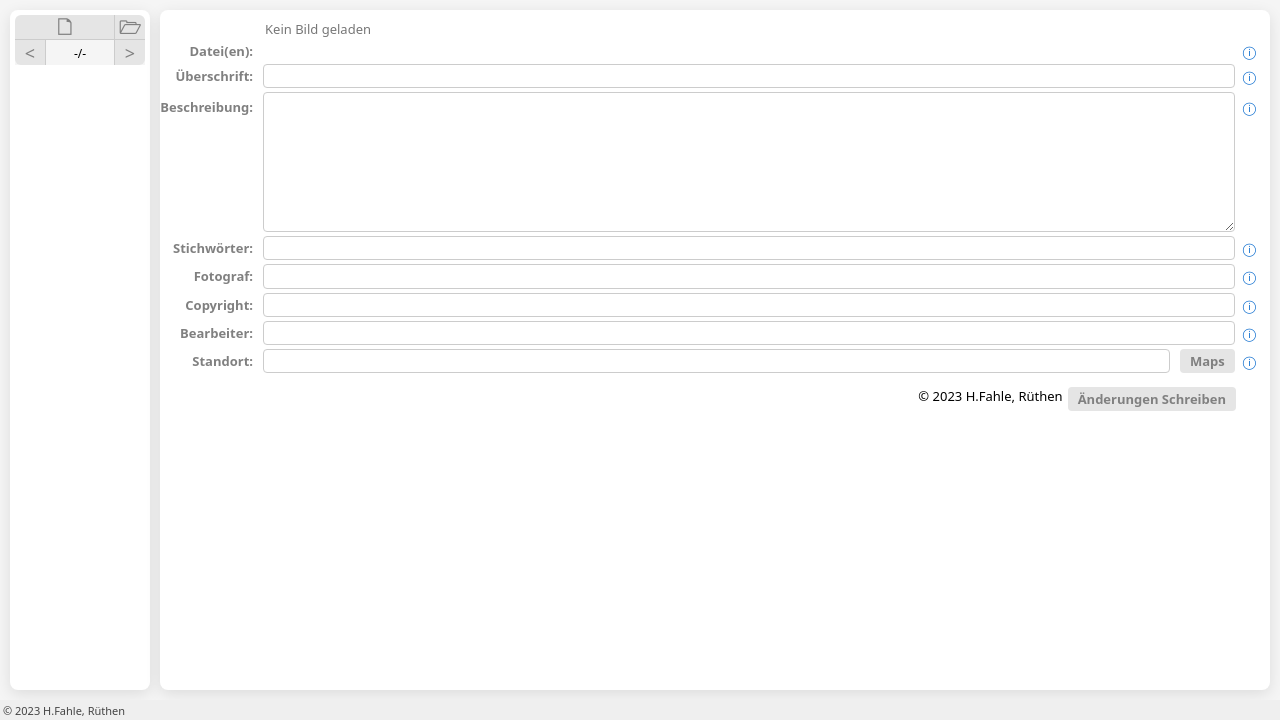
Repository: h-fahle/metadata
Page: ui/index.html
An editor plug-in stored every save of this project. The page is shown before and after the next save, followed by the edit.
The browser window is 1280 px wide. The pictures show the whole page.

Above is the page before, as saved 2026-08-28 17:12:56.
Console error: TypeError: Cannot read properties of undefined (reading 'core')

### ui/index.html
<!DOCTYPE html>
<html lang="de">

<head>
	<meta charset="UTF-8">
	<title>Metadaten Editor</title>
	<script src="script.js" defer></script>
	<link rel="stylesheet" href="style.css">
</head>

<body>

	<main id="main-container">

		<!-- Das Vorschaubild links -->
		<aside id="sidebar">

			<div class="split-button-container">
				<div class="main-row">
					<button class="img-select-btn open-files"  data-ordner="false" data-mehrfach="true">
						&#x1F5CB;<div class="tooltip-box">Bilddatei(en) öffnen</div>
					</button>
					<button class="img-select-btn open-folder" data-ordner="true" data-mehrfach="false">
						&#x1F5C1;<div class="tooltip-box">Ordner öffnen</div>
					</button>
				</div>
				<div class="pager-row">
					<button class="pager-btn prev-btn" data-schritt="-1">&lt;</button>
					<div id="img-nummer" class="pager-display">-/-</div>
					<button class="pager-btn next-btn" data-schritt="1"">&gt;</button>
				</div>
			</div>

			<img id="vorschau-bild" src="" style="display:none;" />
			<div id="bild-info" style="text-align:center;">
				<span id="img-datum"></span><br>
				<span id="img-groesse"></span>
			</div>
		</aside>

		<!-- Das Formular rechts -->
		<section id="form-container">

			<div id="ordner-pfad">Kein Bild geladen</div>

			<div class="form-row">
				<label for="filename">Datei(en):</label>
				<div id="dynamischerBereich" style="width: 100%;">
					<!-- Input- / oder Select-Element -->
				</div>
				<div class="tooltip-container">
					<span class="info-icon">ⓘ</span>
					<div class="tooltip-box">Im Einzelmodus: Änderung des Dateinamens bewirkt Umbenennung der Datei.
						Im Stapelmodus: Dateinamen sind nicht änderbar.!
					</div>
				</div>
			</div>

			<div class="form-row">
				<label for="caption">Überschrift:</label>
				<input type="text" id="caption" name="caption" />
				<div class="tooltip-container">
					<span class="info-icon">ⓘ</span>
					<div class="tooltip-box">Auch: (Dokument-)Titel, Schlagzeile, Headline
					</div>
				</div>
			</div>

			<div class="form-row form-row-top">
				<label for="description">Beschreibung:</label>
				<textarea id="description" name="description"></textarea>
				<div class="tooltip-container">
					<span class="info-icon">ⓘ</span>
					<div class="tooltip-box">Beschreibender Text in beliebiger Länge.
						(Im Stapelmodus wird der eingegebene Text
						&nbsp;&nbsp; an vorhandenen angehängt.)
						Hinweis: Einige Programme zeigen nur 2.000 Zeichen
						&nbsp;&nbsp; oder auch weniger an.
					</div>
				</div>
			</div>

			<div class="form-row">
				<label for="keywords">Stichwörter:</label>
				<input type="text" id="keywords" name="keywords" />
				<div class="tooltip-container">
					<span class="info-icon">ⓘ</span>
					<div class="tooltip-box">Komma-separierte Liste. Groß-/Kleinschreibung beachten.
						Im Stapelmodus werden die eingegebenen Stichwörter
						&nbsp;&nbsp; an vorhandene angehängt.
					</div>
				</div>
			</div>

			<div class="form-row">
				<label for="creator">Fotograf:</label>
				<input type="text" id="creator" name="creator" />
				<div class="tooltip-container">
					<span class="info-icon">ⓘ</span>
					<div class="tooltip-box">Urheber, Ersteller, Autor
						(Tags: Artitst, Creator, By-line)
					</div>
				</div>
			</div>

			<div class="form-row">
				<label for="copyright">Copyright:</label>
				<input type="text" id="copyright" name="copyright" />
				<div class="tooltip-container">
					<span class="info-icon">ⓘ</span>
					<div class="tooltip-box">Urheberrechtshinweis; enthält in der Regel:
						Name des Fotografen, Aufnahmejahr und Nutzungsrechte;
						(z.B. 'Copyright [1975] [Mustermann], Alle Rechte vorbehalten')
					</div>
				</div>
			</div>

			<div class="form-row">
				<label for="editor">Bearbeiter:</label>
				<input type="text" id="editor" name="editor" />
				<div class="tooltip-container">
					<span class="info-icon">ⓘ</span>
					<div class="tooltip-box">Verfasser der Metadaten
						(Tags: Caption Writer, Writer Editor)
					</div>
				</div>
			</div>

			<div class="form-row">
				<label for="position">Standort:</label>
				<input type="text" id="position" name="position" />
				<button type="button" class="maps-trigger-btn">Maps</button>
				<div class="tooltip-container">
					<span class="info-icon">ⓘ</span>
					<div class="tooltip-box">GPS-Koordinaten in Dezimalgrad (z.B.: 51.49129, 8.43317).
						Ermitteln der Koordinaten in der Google Maps-Karte:
						&nbsp; 1. mit rechter Maustaste auf den Standort klicken,
						&nbsp; 2. auf die angezeigten Koordinaten klicken,
						&nbsp; 3. der so gespeicherte Wert kann mit Strg+V
						&nbsp;&nbsp;&nbsp;&nbsp;&nbsp;&nbsp; hier eingefügt werden.
					</div>
				</div>
			</div>

			<!-- Button-Leiste -->
			<div class="button-group">
				<div id="copyright">© 2023 H.Fahle, Rüthen</div>
				<button type="button" id="btn-exif-schreiben">Änderungen Schreiben</button>
			</div>

		</section> <!-- Ende der form-containers-->
	</main> <!-- Ende des main-containers -->

	<footer id="statusleiste">
		<div id="status-text">
			© 2023 H.Fahle, Rüthen<br>
			Dieses Programm ist freie Software unter den Bedingungen der GNU GPLv3.<br>
			Es wird OHNE JEDE GARANTIE zur Verfügung gestellt.
		</div>
	</footer>


</body>

</html>

### ui/style.css
:root {
	--app-font: system-ui, -apple-system, "Segoe UI", Roboto, Helvetica, Arial, sans-serif;
	--app-font-size: 13px;
}

/* 1. Das App-Fenster exakt auf 100% fixieren (kein äußeres Scrollen) */
html, body {
	margin: 0;
	padding: 0;
	height: 100vh;
	width: 100vw;
	overflow: hidden; /* Verhindert jegliche äußere Scrollbalken */
	background: #f5f5f5;
	display: flex;
	flex-direction: column; /* Hauptinhalt oben, Statusleiste unten */
	font-family: var(--app-font);
	font-size: var(--app-font-size);
}

input,
textarea,
button,
selectx {
	font-family: var(--app-font) !important;
	font-size: var(--app-font-size) !important;
}

/* Allumfassender Box-Sizing-Fix für die gesamte App */
*, *::before, *::after {
	box-sizing: border-box;
}

/* 2. Der Hauptbereich füllt den gesamten oberen Platz aus --------------------------- */
#main-container {
	flex: 1;
	display: flex;
	flex-direction: row; /* Elemente nebeneinander */
	gap: 10px;
	padding: 10px;
	overflow: hidden; /* Verhindert, dass Riesen-Inhalte das Fenster sprengen */
}

/* 3. LINKS: Die Sidebar mit fester Breite */
#sidebar {
	width: 140px;
	min-width: 140px; /* Lässt die Sidebar niemals schrumpfen */
	background-color: #ffffff;
	border-radius: 8px;
	padding: 5px;
	box-shadow: 0 4px 15px rgba(0, 0, 0, 0.1);
}

#vorschau-bild {
	max-width: 130px;
	margin: 15px auto;
	height: auto;
}

/* 4. RECHTS: Das Formular nimmt den gesamten Rest ein und wächst mit */
#form-container {
	flex: 1; /* Nimmt 100% des restlichen Platzes ein */
	min-width: 0; /* Erlaubt Flexbox, die Box bei Bedarf zu verkleinern */
	background-color: #ffffff;
	border-radius: 8px;
	padding: 10px;
	display: flex;
	flex-direction: column;
	gap: 4px;
	box-shadow: 0 4px 15px rgba(0, 0, 0, 0.1);
}

#ordner-pfad {
	margin-left: 95px !important;
	color: #777777;
}

/* Jede Zeile wird zu einer horizontalen Flexbox */
.form-row {
	display: flex !important;
	flex-direction: row;
	align-items: center; /* Richtet Label und Input vertikal mittig zueinander aus */
	gap: 10px;           /* Abstand zwischen Label und Input */
	width: 100%;
}

/* Die Labels bekommen eine feste Breite, damit alle Inputs sauber untereinander starten */
.form-row label {
	width: 95px;         /* Breite je nach längstem Label-Text anpassen */
	min-width: 95px;     /* Verhindert, dass das Label zusammengedrückt wird */
	text-align: right;   /* Optional: Richtet den Text rechtsbündig zum Input aus */
	color: gray;
	font-weight: bold;
	margin-left: -12px;
}

/* Die Eingabefelder füllen jetzt den gesamten restlichen Platz der Zeile aus */
.form-row input,
.form-row textarea {
	flex: 1;             /* Zwingt das Input-Feld, den Rest der Zeile einzunehmen */
	width: 100%;
	min-width: 0;        /* Erlaubt dem Input, bei sehr kleinen Fenstern stabil zu schrumpfen */
	border: 1px solid #ccc;
	border-radius: 4px;
	padding: 2px 4px;
	line-height: 1.4;
	-webkit-font-smoothing: antialiased;
	outline: none;
}
input#filename {
	font-weight: bold;
}


.form-row select {
  /* 1. Setzt das native Design auf ALLEN Plattformen zurück */
  -webkit-appearance: none; /* Für Chrome, Safari, WebKitGTK, Edge, Opera */
  -moz-appearance: none;    /* Für Firefox */
  appearance: none;         /* Der moderne, offizielle W3C-Standard */

  /* 2. Plattformübergreifender Text-Fix für Unterlängen (g, j, y) */
  line-height: 1.4;           /* 1.5 bietet genug Puffer für Linux- & Windows-Fonts */
  padding: 2px; /* Rechts Platz für den eigenen Pfeil */
  width: 100%;
  height: 24px;

  /* 3. Textglättung für macOS, Windows und Linux */
  -webkit-font-smoothing: antialiased;
  -moz-osx-font-smoothing: grayscale;

  /* 4. tandard-Design für die Box */
  background-color: #ececec;
  border: 1px solid #ccc;
  border-radius: 4px;
  box-sizing: border-box;    /* Verhindert Layout-Verschiebungen */
  outline: none;
  color: gray;
}

.form-row textarea {
	min-height: 140px;
}
.form-row input:focus-visible,
.form-row textarea:focus-visible {
	outline: 2px solid gray;
}

/* Ändert die Ausrichtung für die Textarea-Zeile nach oben */
.form-row-top {
	align-items: flex-start !important; /* Richtet Label, Textarea und Icon oben aus */
}
.form-row-top label,
.form-row-top .tooltip-container {
	padding-top: 6px; /* Verhindert, dass das Label zu weit oben klebt */
}


/* 5. UNTEN: Die Statusleiste mit fixer Höhe und eigenem Scrollbalken */
#statusleiste {
	height: 20px;  /* Feste Höhe für ca. 2 Zeilen Text */
	min-height: 20px;
	background-color: #efefef;
	font-size: 11px;
	color: #444;
	padding: 3px;
	overflow-y: auto;  /* Vertikaler Scrollbalken erscheint NUR bei Bedarf */
	overflow-x: hidden;  /* Verhindert horizontales Scrollen in der Statusleiste */
	-webkit-font-smoothing: antialiased;
}


/* Bedien-Elemente -------------------------------------------- */
button {
	padding: 3px 10px;
	font-weight: bold;
	cursor: pointer;
	border: none;
	background-color:#e5e5e5;
	color: gray;
}
button:hover {
	background-color: gray;
	color: white;
}
.button-group button,
.form-row button {
	border-radius: 4px;
}
.button-group#copyright {
	margin-right: auto;
	padding-top: 9px;
	font-size: 10px;
	color: #a0a0a0;
}

	/* ------------------------------------------------------------------------------ */
	/* Container hält die Steuer-Buttons zusammen */
	.split-button-container {
	  display: inline-flex;
	  flex-direction: column;
	  position: relative;
	  font-family: system-ui, -apple-system, sans-serif;
	  width:130px;
	}

	/* Obere Reihe */
	.main-row {
	  height: 25px;
	  display: flex;
	  border-bottom: 1px solid #ccc; /* Trennlinie zur zweiten Reihe */
	}

	/* Untere Reihe */
	.pager-row {
	  height: 25px;
	  display: flex;
	  align-items: center;
	  background-color: #f5f5f5;
	}

	/* Gemeinsames Design für die Button-Teile */
	.open-files,
	.open-folder,
	.prev-btn,
	.next-btn {
	  font-size: 18px  !important;
	  padding: 0;
	  cursor: pointer;
	  transition: background-color 0.2s;
	}
	.prev-btn,
	.next-btn {
		font-weight: normal;
	}

	/* Hauptbutton oben links */
	.open-files {
	  width: 100%;
	  border-top-left-radius: 6px;
	  border-right: 1px solid #ccc
	}

	/* Pfeilbutton oben rechts */
	.open-folder {
	  width: 30%;
	  border-top-right-radius: 6px;
	}

	/* Blätter-Buttons unten links und rechts */
	.pager-btn {
	  width: 30px;
	  height: 100%;
	  display: flex;
	  align-items: center;
	  justify-content: center;
	  transition: background-color 0.2s;
	}
	.prev-btn {
		border-bottom-left-radius: 6px;
	}
	.next-btn {
		border-bottom-right-radius: 6px;
	}

	.pager-display {
	  height: 100%;
	  flex-grow: 1; /* Nimmt den gesamten Platz in der Mitte ein */
	  text-align: center;
	  font-size: 12px;
	  padding: 5px 0;
	  border-left: 1px solid #ccc;
	  border-right: 1px solid #ccc;
	  user-select: none; /* Verhindert versehentliches Markieren beim Klicken */
	}



/* Der Absendeknopf richtet sich nach den Eingabefeldern aus */
.button-group {
	display: flex;
	justify-content: flex-end;
	margin: 10px 24px 0 0;
}

.button-group button {
	margin-left: 5px;
}


/* Tooltip ---------------------------------------------------------- */

/* Container für das Icon und die Box */
.tooltip-container {
	position: relative; /* Wichtig, damit sich die Box am Icon ausrichtet */
	display: inline-flex;
	align-items: center;
	cursor: help;       /* Zeigt das Fragezeichen/Hilfe-Symbol als Mauszeiger */
	margin-left: -6px;
}

/* Das Info-Icon selbst */
.info-icon {
	color: #0066cc;     /* Schönes Info-Blau */
	padding: 0 4px;
	font-size: 13px;
}

.tooltip-box {
	display: none;
	position: fixed;

	width: max-content;
	max-width: 400px;      /* Verhindert, dass der Tooltip bei sehr viel Text das Fenster sprengt */
	white-space: pre-line;

	background-color: lightyellow;
	color: black;
	border: 1px solid gray;
	padding: 2px 4px;
	border-radius: 6px;
	font-size: 11px;
	line-height: 1.4;
	box-shadow: 0 4px 10px rgba(0, 0, 0, 0.2);
	z-index: 1001;   /* Über der Statusleiste (1000), falls sie sich überschneiden */

  	/* Verschiebt den Tooltip komplett nach links,
     sodass seine rechte Kante am Cursor sitzt */
 	transform: translate(-100%, 40%);  */

	/* Animation & Verstecken */
	transition: opacity 0.2s ease-in-out, visibility 0.2s;
	pointer-events: none; /* Verhindert, dass die Box beim unabsichtlichen Drüberfahren flackert */
}

/* Zeige den Tooltip nur, wenn die Maus über dem Container ist */
.tooltip-container:hover .tooltip-box {
  display: block;
}
.img-select-btn:hover .tooltip-box {
	transform: none;
	font-weight: normal;
	display: block;
}

Loaded but not shown: ui/script.js (497 lines, source omitted)

After the next save:
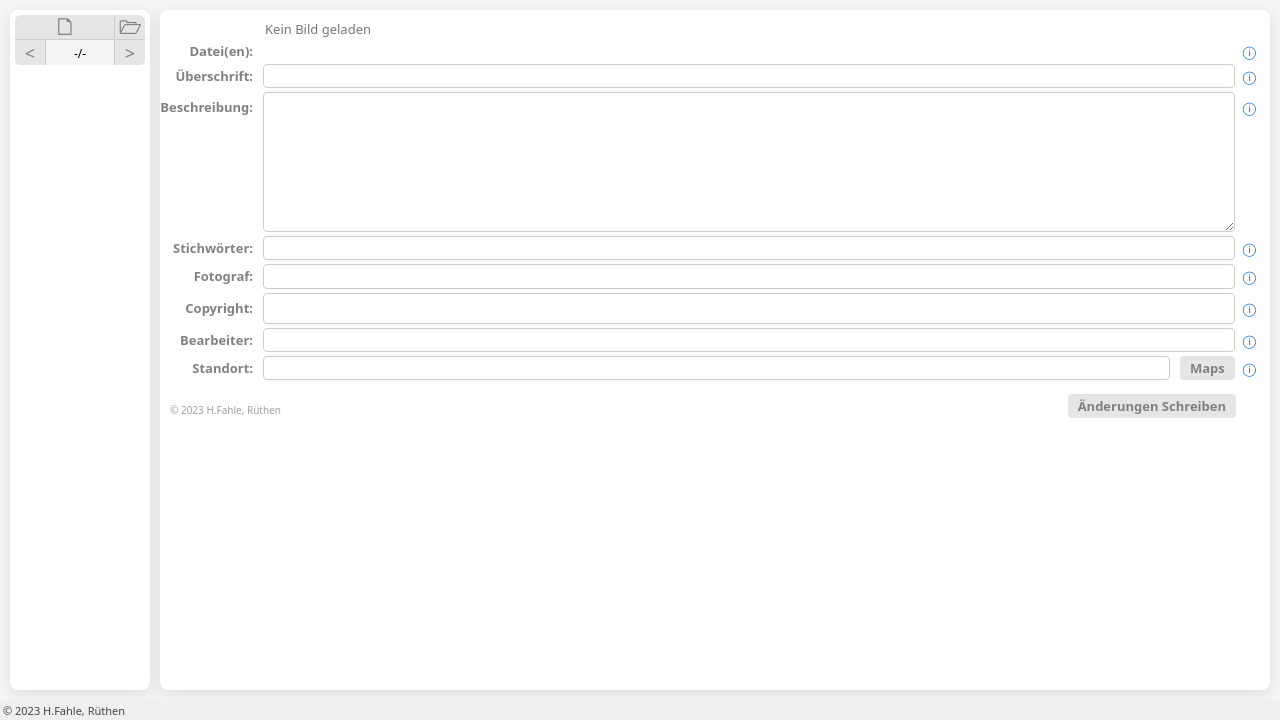
Saved 73 s later.
--- a/ui/style.css
+++ b/ui/style.css
@@ -185,7 +185,7 @@ button:hover {
 .form-row button {
 	border-radius: 4px;
 }
-.button-group#copyright {
+#copyright {
 	margin-right: auto;
 	padding-top: 9px;
 	font-size: 10px;
